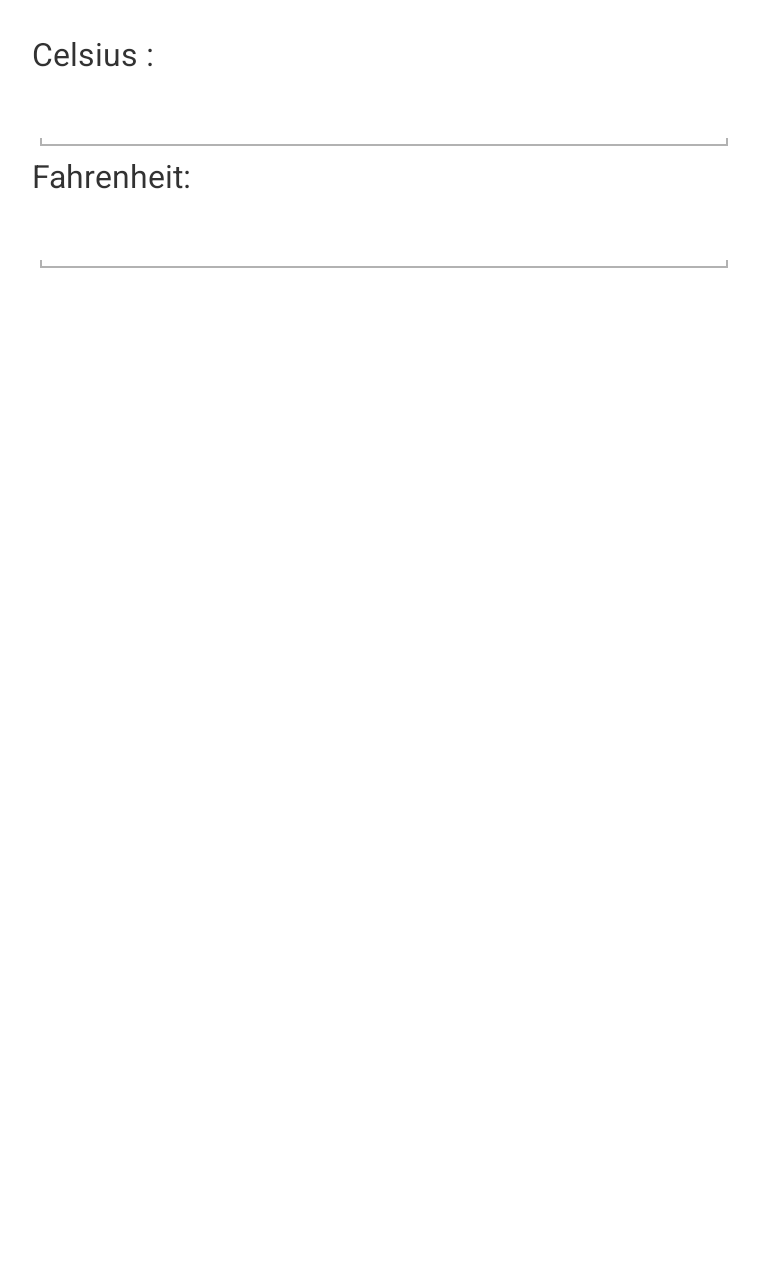
Repository: erickluz/Android
Layout: CelsiusToFahrenheit/res/layout/activity_main.xml
These files come from the project's save history. The layout is drawn as it stood at one moment and after the next save; the edit follows.
It is drawn on a 768 x 1280 px phone screen (xhdpi) without system bars, with theme AppTheme; the app's code is not run.

Above is the layout before, as saved 2016-03-15 00:14:29.

After the next save:
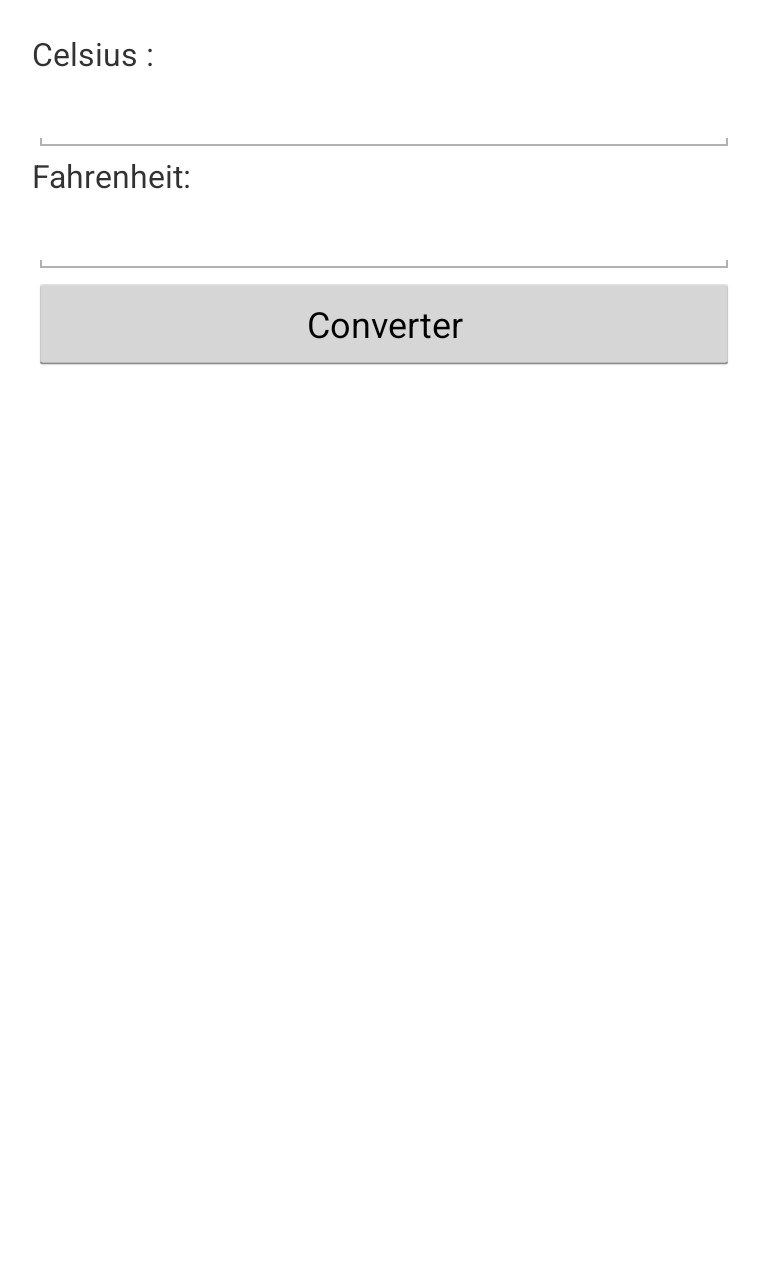
Saved 28 s later.
--- a/CelsiusToFahrenheit/res/layout/activity_main.xml
+++ b/CelsiusToFahrenheit/res/layout/activity_main.xml
@@ -38,6 +38,8 @@
   <Button
       	android:id="@+id/btnOk"
       	android:labelFor="@+id/btnOk"
-      	android:text="@string/conversao"/>
+      	android:text="@string/conversao"
+      	android:layout_width="fill_parent"
+      	android:layout_height="wrap_content"/>
 
 </LinearLayout>
